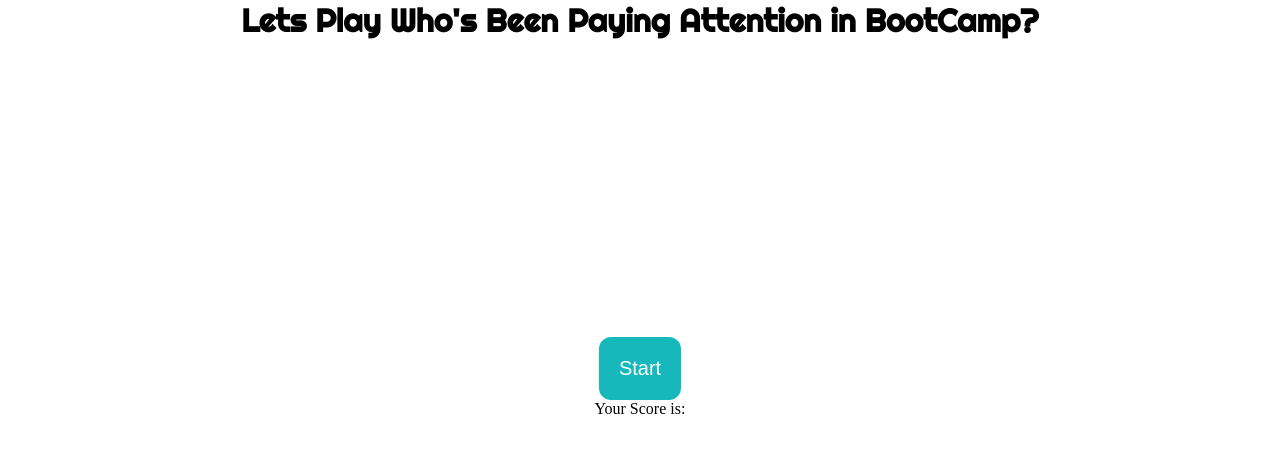
Repository: kkyler24/Quizlet
Page: Quiz.html
An editor plug-in stored every save of this project. The page is shown before and after the next save, followed by the edit.
The browser window is 1280 px wide. The pictures show the whole page.
Some web libraries are served in a nearby version.

Above is the page before, as saved 2020-04-01 23:15:20.

### Quiz.html
<!DOCTYPE html>

<html lang="en">

<head>
    <meta charset="UTF-8">
    <meta name="viewport" content="width=device-width, initial-scale=1.0">

    <!-- font family -->
    <link href="https://fonts.googleapis.com/css2?family=Righteous&display=swap" rel="stylesheet">

    <!-- Popper -->
    <script src="https://cdnjs.cloudflare.com/ajax/libs/popper.js/1.12.9/umd/popper.min.js"
        integrity="sha384-ApNbgh9B+Y1QKtv3Rn7W3mgPxhU9K/ScQsAP7hUibX39j7fakFPskvXusvfa0b4Q"
        crossorigin="anonymous"></script>
    <!-- Myfiles -->
    <link rel="stylesheet" type="text/css" href="DevOpsFiles/Style.css">
    <title>Quiz it</title>
</head>
<header>Lets Play Who's Been Paying Attention in BootCamp?</header>
<!-- Quiz Design -->
<body>
    <div class="flex-container">
        <div id="startB">
            <input type="button" class="startButton" value="Start"/>
        </div>
        <div id="questionBoxOne" class="row" style="display: none;">
            <div class="col-md-6 col-sm-3 questionDiv">
                "What is BootStrap?"
                <div class="col-8 col-sm-6 answerA">
                    <button id="A1" type="button" class="button">"A piece of material that helps hold up your
                        boot"
                    </button>
                </div>
                <div class="col-8 col-sm-6 answerA correct">
                    <button id="A2" type="button" class="button">"An open source Css framework"</button>
                </div>
                <div class="col-8 col-sm-6 answerA">
                    <button id="A3" type="button" class="button">"An open source Js framework</button>
                </div>
            </div>
        </div>
        <div id="questionBoxTwo" class="row" style="display: none;">
            <div class="col-md-6 col-sm-3 questionDiv">
                "Javascript is to muscles as HTML is to...?"
            </div>
                <div class="col-8 col-sm-6 answerB">
                    <button id="B1" type="button" class="button"> IceCream"</button>
                </div>
                <div class="col-8 col-sm-6 answerB">
                    <button id="B2" type="button" class="button">"Skin"</button>
                </div>
                <div class="col-8 col-sm-6 answerB correct">
                    <button id="B3" type="button" class="button">"Skeleton"</button>
                </div>
            </div>
        <div id="questionBoxThree" class="row" style="display: none;">
            <div class="col-md-6 col-sm-3 questionDiv">
                "What does HTML stand for?"
                <div class="row">
                    <div class="col-8 col-sm-6 answerC">
                        <button id="C1" type="button" class="button">"Home Tools Mark-up language" </button>
                        <div class="col-8 col-sm-6 answerC">
                            <button id="C2" type="button" class="button"> "Hyper-text Mark down language "</button>
                            <div class="col-8 col-sm-6 answerC correct">
                                <button id="C3" type="button" class="button">"Hyper-text Mark up language
                                    "</button>
                            </div>
                        </div>
                    </div>
                </div>
            </div>
        </div>
        <div id="questionBoxFour" class="row" style="display: none;">
            <div class="col-md-6 col-sm-3 questionDiv">
                "What is BootStrap?"
                <div class="row">
                    <div class="col-8 col-sm-6 answerD">
                        <button id="D1" type="button" class="button">"A piece of material that helps hold
                            up your boot" </button>
                        <div class="col-8 col-sm-6 answerD">
                            <button  id="D2"type="button" class="button">"An open source Css
                                framework"</button>
                            <div class="col-8 col-sm-6 answerD">
                                <button id="D3" type="button" class="button">"An open source Js
                                    framework"</button>
                            </div>
                        </div>
                    </div>
                </div>
            </div>
        </div>
    </div>
        <div class="score">
                Your Score is:
            <div id="totalScore" ></div>
        </div>
        <div class="time">
            <text class="timer"></text>
        </div>

  <script src="https://cdnjs.cloudflare.com/ajax/libs/moment.js/2.24.0/moment.min.js"></script>
    <script src="https://code.jquery.com/jquery-3.4.1.js"></script>
    <script src="DevOpsFiles/Java.js"></script>
</body>

</html>

### DevOpsFiles/Style.css
body{
    margin: auto;
    text-align: center;
    background-image: image();
  }

.flex-container {
    display: flex;
    margin-top: 20%;
    justify-content: center;
    align-items: center;
    flex-direction: column;
  }

header{
font-family: "Righteous", cursive;
font-size: xx-large;
font-weight: bolder;

  }

#questionBoxOne {
  position: absolute;

}

#questionBoxTwo {
  position: absolute;

}

#questionBoxThree {
  position: absolute;

}

#questionBoxFour {
  position: absolute;

}
.questionDiv{
  font-size: 25px;
  font-weight: bold;

}

.button{
background-color: rgb(22, 184, 187);
padding: 20px;
border-radius: 12px;
border: none;
color: white;
font-family:Arial, Helvetica, sans-serif;
font-size: 20PX;
}

.time{
  margin-top: 20%;
  text-align: center;
  font-family:Arial, Helvetica, sans-serif;
font-size: 30PX;
}

.startButton{
  text-align: center;
  margin-top: 50%;
  background-color: rgb(22, 184, 187);
padding: 20px;
border-radius: 12px;
border: none;
color: white;
font-family:Arial, Helvetica, sans-serif;
font-size: 20PX;
}

### DevOpsFiles/Java.js
let timeDiv = document.querySelector(".time")
let timeEle = document.querySelector(".timer");
let myScore = document.querySelector('#totalScore')
let quizTimer;
$(".startButton").click(function () {
  $(".time").fadeIn(100, function () {
    $("<h3>Time:</h3>").insertBefore(".timer");
    createTimer()
  })
});


//Make a timer
function createTimer() {
  timeEle.innerHTML = 0
  quizTimer = setInterval(function () {
    timeEle.innerHTML = parseInt(timeEle.innerHTML) + 1;
  }
    , 1000)
}
function myStopFunction(quizTimer) {
  clearInterval(quizTimer);
}
function addTime() {
  var newTime = parseInt(timeEle.innerHTML)
  newTime += 10
  timeEle.innerHTML = newTime
}


// ---Score Code---
var totalScore = 0;



// -->Get faded code<--
$(".startButton").on("click", function () {
  $("#startB").fadeOut(500, function () {
    $(this).remove();
  })
});
$(".startButton").on("click", function () {
  $("#questionBoxOne").fadeIn(1500, function () {
  })
});
$(".answerA").on("click", function () {
  $("#questionBoxOne").fadeOut(500, function () {
    $(this).css("display", "none");
    //*********
  })
});

// --->Question A Evalution code <---
$("#A1").on("click", function () {
  addTime()
});
$("#A2").on("click", function () {
  totalScore = totalScore + 25;
  //add score here for tthe right answer
});

$("#A3").on("click", function () {
  addTime()
});
$(".answerA").on("click", function () {
  $("#questionBoxTwo").fadeIn(1500, function () {
  })
});
$('.answerB').on('click', function () {
  $("#questionBoxTwo").fadeOut(500, function () {
    $(this).css("display", "none");
  })
});

// --->Question B Evalution code <---
$("#B1").on("click", function () {
  addTime()
});
$("#B2").on("click", function () {
  addTime()
});
$("#B3").on("click", function () {
  totalScore = totalScore + 25;
});
$(".answerB").on("click", function () {
  $("#questionBoxThree").fadeIn(1500, function () {
  })
});
$('.answerC').on('click', function () {
  $("#questionBoxThree").fadeOut(500, function () {
    $(this).css("display", "none");
  })
});

// --->Question C Evalution code <---
$("#C1").on("click", function () {
  addTime()
});
$("#C2").on("click", function () {
  addTime
});
$("#C3").on("click", function () {
  totalScore = totalScore + 25;
});
$(".answerC").on("click", function () {
  $("#questionBoxFour").fadeIn(1500, function () {
  })
});

// --->Question D Evalution code <---
$("#D1").on("click", function () {
  addTime()
});
$("#D2").on("click", function () {
  totalScore = totalScore + 25;
});
$("#D3").on("click", function () {
  addTime()
});

$('.answerD').on('click', function () {
  $("#questionBoxFour").fadeOut(500, function () {
    myStopFunction(quizTimer)
  })
});

$(".answerD").on("click", function () {
  $('.score').fadeIn(1500, function () {
    $('#totalScore').fadeIn(1000, function () {
      myScore.innerHTML = totalScore
      console.log(totalScore);
    })
  })
});

After the next save:
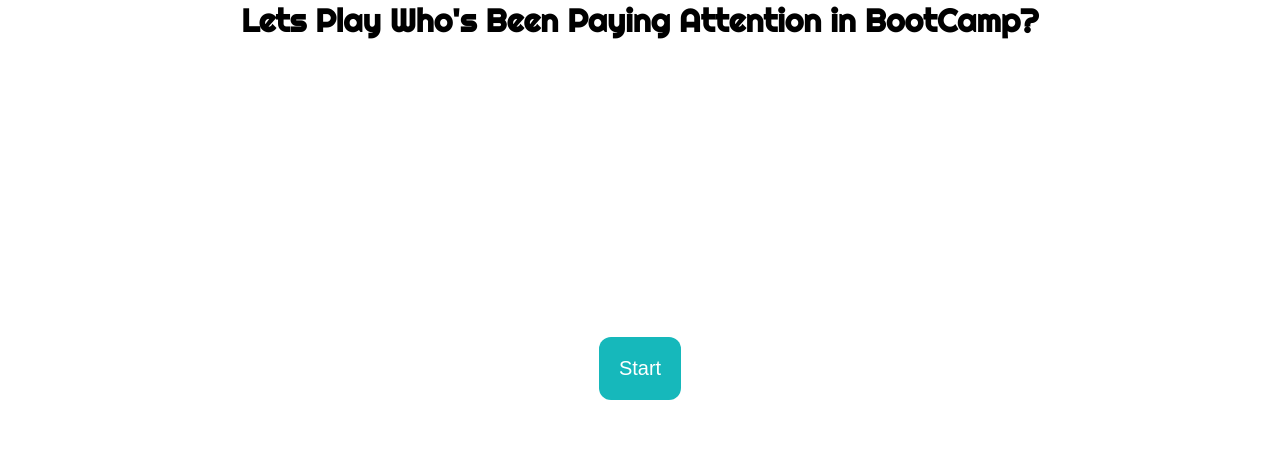
Saved 3 min 22 s later.
--- a/DevOpsFiles/Style.css
+++ b/DevOpsFiles/Style.css
@@ -72,3 +72,14 @@ color: white;
 font-family:Arial, Helvetica, sans-serif;
 font-size: 20PX;
 }
+
+#totalScore {
+  color: rgb(5, 100, 95);
+  font-size: 30px;
+  font-weight: bold;
+
+}
+
+.score  {
+  display: none
+}
